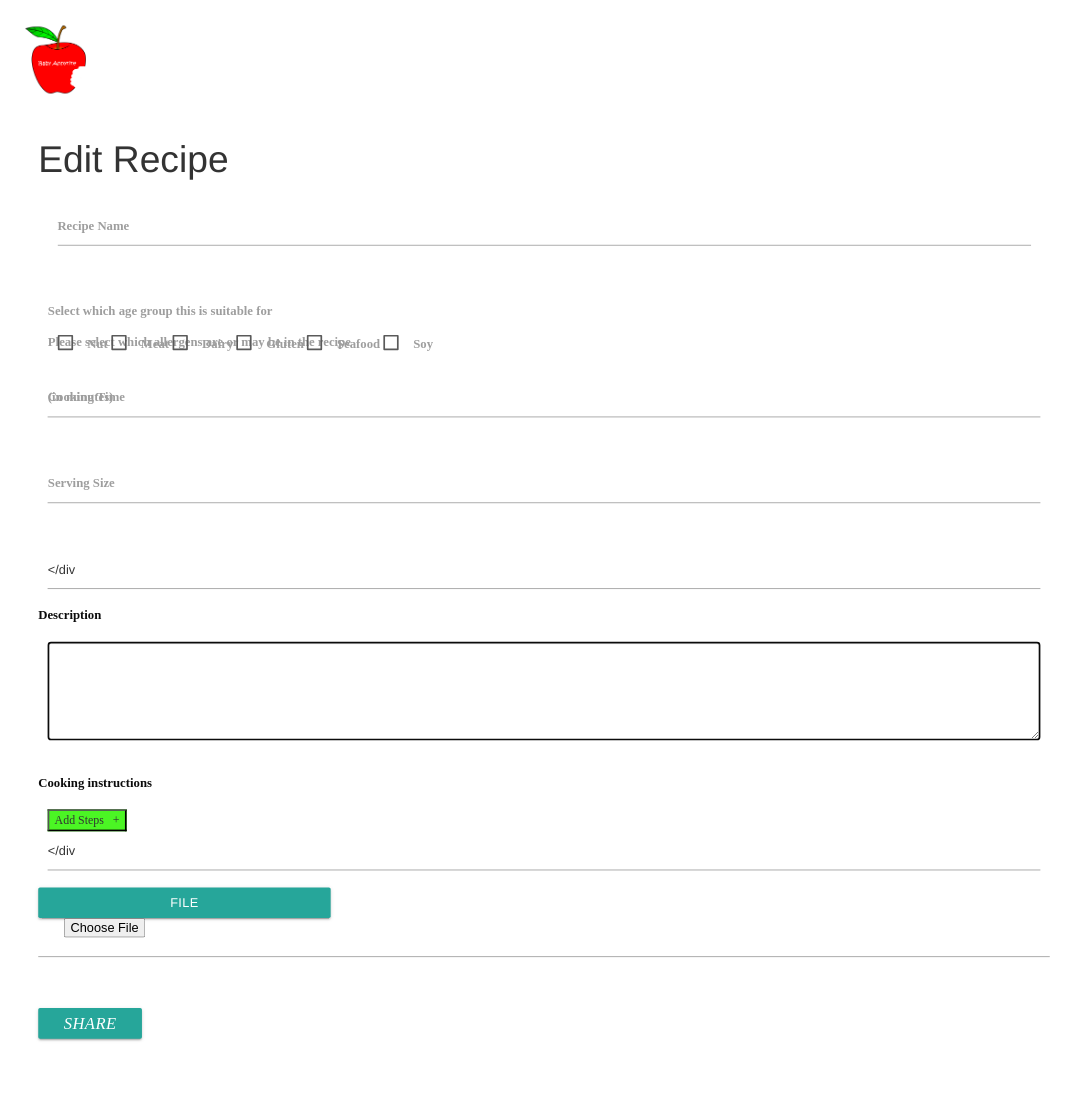
Repository: blueag8/babyappytite
Page: templates/testformupdate.html
The author's editor kept a record of every edit. The page is drawn from the files as they stood at one moment, then again after the next edit.
The browser window is 1280 px wide. The pictures show the whole page, at 85% of full size.
Some web fonts or font styles are not loaded; a fallback is used. Some web libraries are served in a nearby version. The page is served by the project's application, run on Flask 3 (app.py). The template is opened directly, without the code that normally fills it, so the values that code supplies are empty.

Above is the page before.
Console error: SyntaxError: missing ) after argument list

### templates/testformupdate.html
{% extends 'base.html'%}{% block content %}



  <h3>Edit Recipe</h3>
    <div class="form row">
      <form action="{{ url_for('update_recipe', recipe_id=recipe._id) }}" name="form" method="POST" class="col s12">
       <div class="input-field col s12">
      <label class="recipe_name">Recipe Name</label>
      <input type="text" class="form-control" id="recipe_name" name="recipe_name" value="{{recipe.recipe_name}}">
       </div>
    </div>


  <div class="form row">
   <div class="input-field col s12">
      <label for="category_age">Select which age group this is suitable for</label>
        <select class="category" id="category_age" name="category_age" onclick="getOption()">
          <option value="{{recipe.category_age}}">{{recipe.category_age}}</option>
          <option value="1">6 months +</option>
          <option value="2">7 months +</option>
          <option value="3">10 months +</option>
          <option value="4">12 months +</option>
        </select>
      </div>
  </div>

  <div class= "form row">
   <div class="input-field col s12">
     <div class="multiple">
    <label for="allergens" name="allergen">Please select which allergens are or may be in the recipe</label>
          <input class="form-check-input" id="Nut" name="allergen" type="checkbox" value="Nut">
          <label class="form-check-label" for="Nut">Nut</label>
          <input class="form-check-input" type="checkbox" id="Meat" name="allergn" value="Meat">
          <label class="form-check-label" for="Meat">Meat</label>
          <input class="form-check-input" type="checkbox" id="Dairy" name="allergen" value="Dairy">
          <label class="form-check-label" for="Dairy">Dairy</label>
          <input class="form-check-input" type="checkbox" id="Gluten" name="allergen" value="Gluten">
          <label class="form-check-label" for="Gluten">Gluten</label>
          <input class="form-check-input" type="checkbox" id="allergen" name="allergen" value="Seafood">
          <label class="form-check-label" for="Seafood">Seafood</label>
          <input class="form-check-input" type="checkbox" id="Soy" name="allergen" value="Soy">
          <label class="form-check-label" for="Soy">Soy</label>
      </div>
    </div>
  </div>

  <div class="form row">
     <div class="input-field col s12">
    <label for="cooking_time">Cooking Time</label>

      <input type="number" name="cooking_time" min="0" max="100" step="1" value="{{recipe.cooking_time}}" required>
      <label>(in minutes)</label>
    </div>
  </div>
  <div class="form row">
     <div class="input-field col s12">
    <label for="portion_sizes">Serving Size</label>
    <input type="number" name="portion_size" min="0" max="100" step="1" value="{{recipe.portion_size}}" required>
    </div>
  </div>

  <div class="form row">
    <div class= "wrapper">
       <div class="container1">
          <div class="input-field col s12">
            <div><input type="text" name="ingredient" value={% for ingredient in recipe.ingredients %}>

                     <li>{{ingredient}}</li>

                      {% endfor %}
            </div>
          </div>
        </div>
    </div>
  </div>

  <div class="form row">
    <label for="recipe_description">Description</label>
      <div class="row">
        <div class="input-field col s12">
        <textarea class="form-control" id="recipe_description" name="recipe_description" rows="5" value="{{recipe.recipe_description}}">{{recipe.recipe_description}}</textarea>
         </div>
      </div>
   </div>

  <div class="form row">
    <label for="add_steps">Cooking instructions</label>
<!-------https://stackoverflow.com/questions/14853779/adding-input-elements-dynamically-to-form ----->
      <div class= "wrapper">
        <div class="container2">
           <div class="input-field col s12">
            <button class="add_steps">Add Steps &nbsp;
            <span>+ </span>
            </button>
              <div><input type="text" name="step" value={% for step in recipe.steps %}>
                <ol>{{step}}</ol>

                  {% endfor %}
              </div>
            </div>
        </div>
      </div>
   </div>

<div class="form row">
    <div class="btn">
       <span>File</span>
        <input type="file">
    </div>
    <div class="file-path-wrapper">
        <input class="file-path validate" type="text">

    </div>
  </div>
</div>

  <div class="row">
      <button class="btn waves-effect waves-light" type="submit" name="action" value="submit">
          <i class="material-icons add_box">Share</i>
       </button>
  </div>
</div>
</form>
 {% endblock %}

### templates/base.html
<!DOCTYPE html>
<html lang="en">
<head>
    <meta charset="UTF-8">
    <meta name="viewport" content="width=device-width, initial-scale=1.0">
    <meta http-equiv="X-UA-Compatible" content="ie=edge">

    <title>"Baby Appy-tite | Recipes for 6 months +"</title>

    <link rel="stylesheet" href="https://maxcdn.bootstrapcdn.com/bootstrap/3.3.7/css/bootstrap.min.css" type="text/css">
    <link rel="stylesheet" href="https://stackpath.bootstrapcdn.com/font-awesome/4.7.0/css/font-awesome.min.css" type="text/css">
    <link href="https://fonts.googleapis.com/css?family=Emilys+Candy&display=swap" rel="stylesheet">
    <link rel="stylesheet" href="https://cdnjs.cloudflare.com/ajax/libs/materialize/0.100.2/css/materialize.min.css">
    <link rel="stylesheet" href="{{url_for('static', filename='css/style.css')}}" type="text/css" />
</head>
<header>
         <div class="nav-wrapper">
              <div class="navbar img">
                 <a class="icon" href="{{url_for('home')}}">
                      <img src="/static/img/babyappytite.png">
                </a>
            </div>
        </div>
      </div>
</header>
<body>
    <div class="container-fluid">
        {% block content %}{% endblock %}
    </div>

    <script src="https://cdnjs.cloudflare.com/ajax/libs/jquery/3.3.1/jquery.min.js"></script>
    <script src="https://cdnjs.cloudflare.com/ajax/libs/jquery/3.2.1/jquery.min.js"></script>
    <script src="https://maxcdn.bootstrapcdn.com/bootstrap/3.3.7/js/bootstrap.min.js" integrity="sha384-Tc5IQib027qvyjSMfHjOMaLkfuWVxZxUPnCJA7l2mCWNIpG9mGCD8wGNIcPD7Txa" crossorigin="anonymous"></script>
    <script src="https://cdnjs.cloudflare.com/ajax/libs/materialize/0.100.2/js/materialize.min.js"></script>
    <script type="text/javascript">

        $(document).ready(function() {
    var max_fields = 10;
    var wrapper = $(".container1");
    var add_button = $(".add_ingredients");

    var x = 1;
    $(add_button).click(function(e) {
        e.preventDefault();
        if (x < max_fields) {
            x++;
            $(wrapper).append('<div><input type="text" name="ingredient[]"/><a href="#" class="delete">Delete</a></div>'); //add input box
        } else {
            alert('You Reached the limits')
        }
    });

    $(wrapper).on("click", ".delete", function(e) {
        e.preventDefault();
        $(this).parent('div').remove();
        x--;
    })

});
 $(d
    });





ocument).ready(function() {
    var max_fields = 10;
    var wrapper = $(".container2");
    var add_button = $(".add_steps");

    var x = 1;
    $(add_button).click(function(e) {
        e.preventDefault();
        if (x < max_fields) {
            x++;
            $(wrapper).append('<div><input type="text" name="step[]"/><a href="#" class="delete">Delete</a></div>'); //add input box
        } else {
            alert('You Reached the limits')
        }
    });

    $(wrapper).on("click", ".delete", function(e) {
        e.preventDefault();
        $(this).parent('div').remove();
        x--;
    })

});

$(document).ready(function() {
    var check_box= mongo.db.recipes.getlist('allergens');
    var numberOfCheckedItems = 0;

    for(var i = 0; i < checkboxes.length; i++)

     {
        if(checkboxes[i].checked)
            numberOfCheckedItems++;
    }
        if (numberOfCheckedItems<0)
        {
    return false;
    }
} );


    </script>
</body>

</html>

### app.py
import pymongo
import os


from bson.objectid import ObjectId
from flask import Flask, render_template, redirect, request, url_for, flash
from flask_pymongo import PyMongo

#connect to database
app = Flask(__name__)

app.config['MONGO_DBNAME'] ="Baby_Recipes"
app.config["MONGO_URI"] ="mongodb+srv://blueag8:mongo8@cluster0-iodau.mongodb.net/Baby_Recipes?retryWrites=true&w=majority"
app.config['SECRET_KEY'] = 'yum'

mongo = PyMongo(app)


#home page



@app.route('/')
def home():
    return render_template("index.html", recipes=mongo.db.recipes.find())

#get
#single recipe

@app.route('/recipe/<recipe_id>')
def recipe(recipe_id):
    recipes=mongo.db.recipes.find({"_id": ObjectId(recipe_id)})
    return render_template("recipe.html", recipes=recipes )

#TEST1

#recipes categorized per page route

#@app.route('/recipes')
#def recipes():
   # recipes=mongo.db.recipes.find()
    #TEST
    #for recipe in recipes:
      #  print(recipe)

   # return render_template("recipes.html")

@app.route('/sixmonth_recipes')
def sixmonth_recipes():
   return render_template("recipes.html", recipes=mongo.db.recipes.find({"category_age":"6 months +"}))

@app.route('/sevenmonth_recipes')
def sevenmonth_recipes():
    return render_template("recipes.html", recipes=mongo.db.recipes.find({"category_age":"7 months +"}))

@app.route('/tenmonth_recipes')
def tenmonth_recipes():
    return render_template("recipes.html", recipes=mongo.db.recipes.find({"category_age":"10 months +"}))

@app.route('/twelvemonth_recipes')
def twelvemonth_recipes():
    return render_template("recipes.html",recipes=mongo.db.recipes.find({"category_age":"12 months +"}))

#add recipe

@app.route('/addrecipe')
def addrecipe():
    #return render_template("testform.html",recipes=mongo.db.recipes.find(),
          # categories=mongo.db.categories.find())
    return render_template("addrecipe.html", recipes=mongo.db.recipes.find(),
           categories=mongo.db.categories.find())

 #took idea for flash from https://github.com/Deirdre18/dumpdinners-recipe-app/blob/master/app.py

#@app.route('/insert_recipe', methods=['POST'])
#def insert_recipe():
   # recipes=mongo.db.recipes
   # recipes.insert(request.form.to.dict(flat=False))
   # flash ("Thank you, your recipe has been added!")

    #return render_template("addrecipe.html", recipe=recipe)
    #Test1 Failed

    #Testing2
@app.route('/insert_recipe', methods=['GET','POST'])
def insert_recipe():
    recipes=mongo.db.recipes

   # filepath = '../static/img/' + filename


    recipe_name=request.form["recipe_name"]
    category_age=request.form["category_age"]
    cooking_time=int(request.form["cooking_time"])
    portion_sizes=int(request.form["portion_size"])
    allergens=request.form.getlist("allergen")
    ingredients=request.form.getlist("ingredient")
    recipe_description=request.form["recipe_description"]
    steps=request.form.getlist("step")
    #filename = image.save(request.files['image'])

    form={

        "recipe_name":recipe_name,
        "category_age":category_age,
        "cooking_time":cooking_time,
        "portion_size":portion_sizes,
        "allergen": allergens,
        "ingredient": ingredients,
        "recipe_description":recipe_description,
        "step": steps,
       # "image": filepath,
          }



    recipes.insert_one(form)
    flash ("Thank you, your recipe has been added!")
    return redirect(url_for('home'))

#edit recipe
#@app.route('/editrecipe/<recipe_id>', methods=['GET','POST'])
#def editrecipe(recipe_id):

    #return render_template("testform.html",recipes=mongo.db.recipes.find(),
          # categories=mongo.db.categories.find())
    #return render_template("editrecipe.html",recipes=mongo.db.recipes.find({"_id": ObjectId(recipe_id)}),
          # categories=mongo.db.categories.find())

#TESTING
@app.route('/editrecipe/<recipe_id>')
def editrecipe(recipe_id):
    the_recipe = mongo.db.recipes.find_one({'_id': ObjectId(recipe_id)})
    all_categories=mongo.db.category_age.find()
    return render_template('testformupdate.html', recipe=the_recipe, category_age=all_categories)

@app.route('/update_recipe', methods=['POST'])
def update_recipe(recipe_id):
    recipes=mongo.db.recipes
    recipes.update( {'_id': ObjectId(recipe_id)},
   # filepath = '../static/img/' + filename
    {
    '$set':{
            'recipe_name':request.form.get["recipe_name"],
            'category_age':request.form.get["category_age"],
            'cooking_time':int(request.form["cooking_time"]),
            'portion_sizes':int(request.form["portion_size"]),
            'allergens':request.form.getlist("allergen"),
            'ingredients':request.form.getlist("ingredient"),
            'recipe_description':request.form["recipe_description"],
            'steps':request.form.getlist("step"),
            }
   # filename = image.save(request.files['image'])
      })

    #flash ("Thank you, your recipe has been added!")
    return redirect(url_for('home'))

   # filepath = '../static/img/' + filename

    #filename = image.save(request.files['image']




if __name__ == '__main__':
    app.run(host=os.environ.get('IP'),
            port=int(os.environ.get('PORT')),
            debug=True)

### static/css/style.css
body {
    margin: 15px;
    padding: 20px;
}

img {
    height: 150px;
    vertical-align: super;
}
.apple img {
    height: 200px;
}

.caterpillar img {
    height: 100px;
}

.mainlink img
{
    height: 125px;
    }

.navbar img {
    height: 80px;
}

.main {
    margin: 20px;
    padding: 20px;
    border: 15px;
}
.form-control {
    color: #0c0c0c;
    background-color: #fff;
    background-image: none;
    border: 2px solid #0b0b0b;
}
label {
   color: #0c0c0c;
    font-family: 'Emilys Candy', cursive;
    /* font-family: Emily; */
    font-size: 15px;
}

button{
    background-color: #4bf524;
    font-family: 'Emily';
}
.delete {
    color: #db1f1f;
}

/*---------Navbar----------*/
.navbar {
    position: relative;
    min-height: 50px;
    margin-bottom: 20px;
    border: none;
    background-color: transparent;
}
.navbar-brand img {
    height: 50px;
}

/*-----Media Queries--------*/

@media (min-width: 767px)
{
body {
    margin: 10px;
}
}

After the next edit:
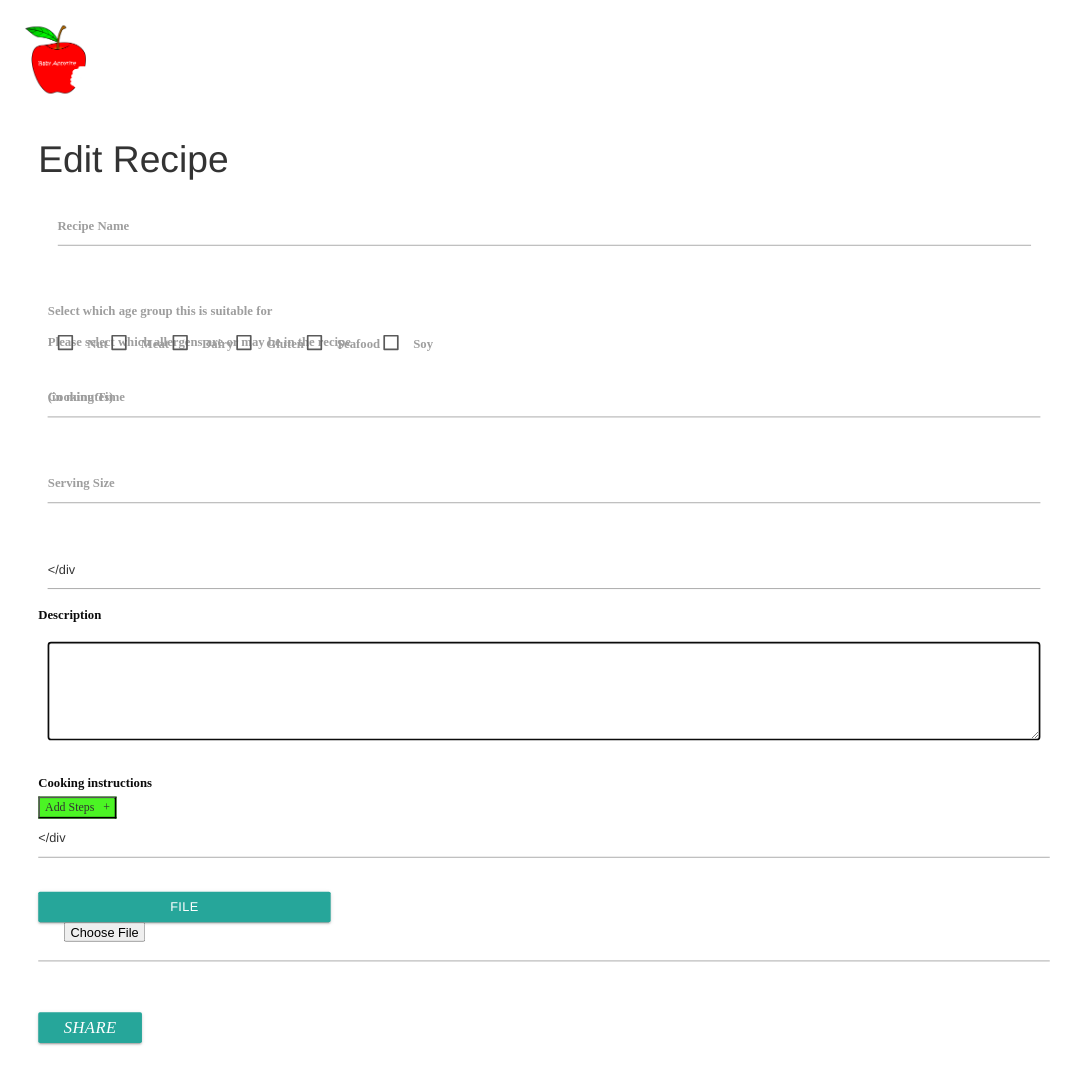
The edit:
--- a/templates/testformupdate.html
+++ b/templates/testformupdate.html
@@ -89,7 +89,6 @@
 <!-------https://stackoverflow.com/questions/14853779/adding-input-elements-dynamically-to-form ----->
       <div class= "wrapper">
         <div class="container2">
-           <div class="input-field col s12">
             <button class="add_steps">Add Steps &nbsp;
             <span>+ </span>
             </button>
